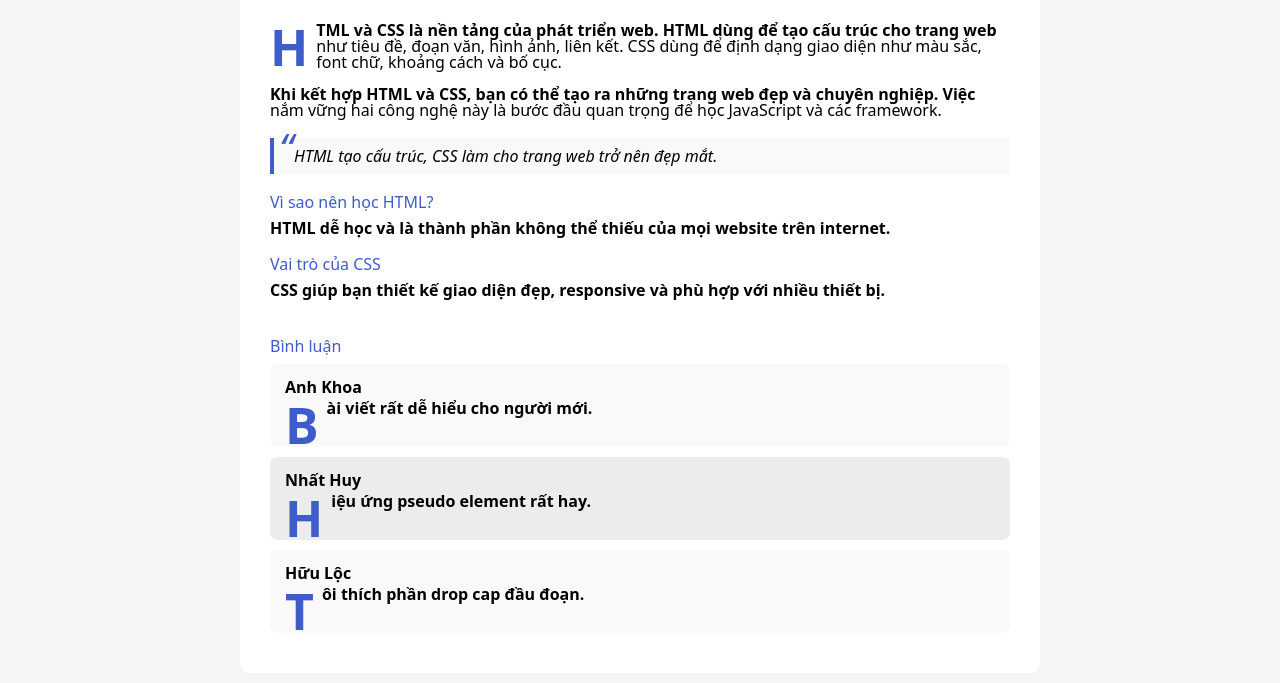
Repository: doanhieu0707/Homework-Day-5
Page: blog-post.html
These files come from the project's save history. The page is drawn as it stood at one moment and after the next save; the edit follows.
The browser window is 1280 px wide. The pictures show the part of the page from y = 408 to 1091 px (the page is 1091 px tall).

Above is the page before, as saved 2026-04-02 15:12:29.

### blog-post.html
<!doctype html>
<html lang="en">
    <head>
        <meta charset="UTF-8" />
        <meta name="viewport" content="width=device-width, initial-scale=1.0" />
        <link rel="stylesheet" href="./css/reset.css" />
        <link rel="stylesheet" href="./css/style.css" />
        <title>Blog</title>
    </head>
    <body>
        <div class="blog">
            <h1>Tìm hiểu HTML và CSS cơ bản</h1>

            <img src="https://picsum.photos/800/400" alt="HTML CSS" />

            <p>
                HTML và CSS là nền tảng của phát triển web. HTML dùng để tạo cấu
                trúc cho trang web như tiêu đề, đoạn văn, hình ảnh, liên kết.
                CSS dùng để định dạng giao diện như màu sắc, font chữ, khoảng
                cách và bố cục.
            </p>

            <p>
                Khi kết hợp HTML và CSS, bạn có thể tạo ra những trang web đẹp
                và chuyên nghiệp. Việc nắm vững hai công nghệ này là bước đầu
                quan trọng để học JavaScript và các framework.
            </p>

            <blockquote>
                HTML tạo cấu trúc, CSS làm cho trang web trở nên đẹp mắt.
            </blockquote>

            <h2>Vì sao nên học HTML?</h2>

            <p>
                HTML dễ học và là thành phần không thể thiếu của mọi website
                trên internet.
            </p>

            <h3>Vai trò của CSS</h3>

            <p>
                CSS giúp bạn thiết kế giao diện đẹp, responsive và phù hợp với
                nhiều thiết bị.
            </p>

            <div class="comments">
                <h2>Bình luận</h2>

                <div class="comment">
                    <div class="comment-author">Anh Khoa</div>
                    <p>Bài viết rất dễ hiểu cho người mới.</p>
                </div>

                <div class="comment">
                    <div class="comment-author">Nhất Huy</div>
                    <p>Hiệu ứng pseudo element rất hay.</p>
                </div>

                <div class="comment">
                    <div class="comment-author">Hữu Lộc</div>
                    <p>Tôi thích phần drop cap đầu đoạn.</p>
                </div>
            </div>
        </div>
    </body>
</html>

### css/style.css
* {
    box-sizing: border-box;
}

body {
    background-color: gray;
    font-family:
        system-ui,
        -apple-system,
        BlinkMacSystemFont,
        "Segoe UI",
        Roboto,
        Oxygen,
        Ubuntu,
        Cantarell,
        "Fira Sans",
        "Droid Sans",
        "Helvetica Neue",
        sans-serif;
}

/* ===== Menu ===== */
.menu {
    display: flex;
    align-items: center;
    justify-content: center;
    padding: 0 45px;
    font-size: 0;
    background-color: #3e5cca;
}

.menu li {
    display: inline-block;
    position: relative;
}

.menu li::before {
    content: "";
    position: absolute;
    left: 0;
    top: 0;
    width: 1px;
    height: 100%;
    background-color: #2d4db7;
}

.menu li:first-child::before {
    display: none;
}

.menu li a {
    display: inline-block;
    color: white;
    font-size: 16px;
    padding: 21px;
    text-decoration: none;
}

.menu li a::before {
    content: "\25B6";
    margin-right: 6px;
    font-size: 10px;
}

.menu li:hover > a {
    background-color: pink;
    color: #3e5cca;
}

.menu li a:focus,
.menu li a:target {
    background-color: blueviolet;
    color: red;
}

/* ===== Form ===== */
.form {
    max-width: 400px;
    padding: 25px;
    margin: 10px auto;
    border-radius: 20px;
    background-color: #fff;
}

.form-heading {
    margin-bottom: 32px;
    text-align: center;
    font-size: 24px;
    font-weight: bold;
    color: red;
}

.form-label {
    display: block;
    margin: 12px 0 4px;
    font-weight: 600;
    font-size: 12px;
}

.form-label::after {
    content: " *";
    color: red;
}

.form-input {
    width: 100%;
    padding: 6px 8px;
    border: 1px solid gray;
    border-radius: 5px;
    outline: none;
}

.form-input:focus {
    border-color: blueviolet;
}

.form-input:invalid {
    border-color: red;
}

.avatar {
    width: 100px;
    height: 100px;
    cursor: pointer;
    border-radius: 50%;
}

.form-options label {
    display: block;
}

.form-footer {
    display: flex;
    margin-top: 28px;
    justify-content: space-between;
}

.btn {
    display: inline-block;
    padding: 6px 16px;
    border-radius: 5px;
    min-width: 100px;
    text-align: center;
    border: none;
    background: rgb(87, 142, 230);
    color: white;
    cursor: pointer;
}

.btn:hover {
    background: #3e5cca;
}

.btn:active {
    transform: scale(0.95);
}

/* =====  */
body {
    background: #f5f5f5;
    padding: 10px;
}

/* container */
.pricing {
    display: flex;
    justify-content: center;
    gap: 30px;
}

/* card */
.pricing-item {
    width: 260px;
    padding: 30px 20px;
    border-radius: 20px;
    background: linear-gradient(135deg,#3f2bff,#5f5bff);
    color: white;
    text-align: center;
    transition: 0.3s;
}

.pricing-item:hover {
    transform: translateY(-10px);
    box-shadow: 0 15px 30px rgba(0,0,0,0.2);
}

.pricing-item:nth-child(2) {
    transform: scale(1.05);
    box-shadow: 0 15px 30px rgba(0,0,0,0.3);
}

.pricing-title {
    font-size: 18px;
    margin-bottom: 10px;
}

.pricing-price {
    font-size: 32px;
    font-weight: bold;
    margin-bottom: 20px;
}

.pricing-list {
    list-style: none;
    text-align: left;
    margin-bottom: 20px;
}

.pricing-list li {
    margin: 10px 0;
    padding-left: 20px;
    position: relative;
}

.pricing-list li::before {
    content: "✓";
    position: absolute;
    left: 0;
    color: #fff;
}

.btn {
    padding: 10px 20px;
    border-radius: 8px;
    border: none;
    background: #fff;
    color: #333;
    cursor: pointer;
}

.btn:hover {
    background: #eee;
}

/* ===== Blog ===== */

/* container */
.blog{
    max-width:800px;
    margin:0 auto;
    background:white;
    padding:30px;
    border-radius:10px;
}

/* heading (reset.css xoá margin nên phải set lại) */
.blog h1{
    font-size:28px;
    margin-bottom:20px;
}

.blog h2,
.blog h3{
    margin:20px 0 10px;
}

/* :not() tất cả heading trừ h1 */
.blog h2:not(h1),
.blog h3:not(h1){
    color:#3e5cca;
}

/* ảnh */
.blog img{
    width:100%;
    height:300px;
    object-fit:cover;
    border-radius:8px;
    margin:20px 0;
}

/* paragraph */
.blog p{
    margin-bottom:16px;
}

/* drop cap */
.blog p:first-of-type::first-letter{
    font-size:50px;
    font-weight:bold;
    float:left;
    margin-right:8px;
    line-height:1;
    color:#3e5cca;
}

/* first line */
.blog p::first-line{
    font-weight:bold;
}

/* selection */
::selection{
    background:#3e5cca;
    color:white;
}

/* blockquote */
blockquote{
    margin:20px 0;
    padding:10px 20px;
    border-left:4px solid #3e5cca;
    font-style:italic;
    position:relative;
    background:#f9f9f9;
}

blockquote::before{
    content:"“";
    font-size:40px;
    position:absolute;
    left:5px;
    top:-10px;
    color:#3e5cca;
}

/* comments */
.comments{
    margin-top:40px;
}

.comment{
    padding:15px;
    margin:10px 0;
    border-radius:8px;
    transition:0.3s;
}

/* nth-of-type */
.comment:nth-of-type(odd){
    background:#f9f9f9;
}

.comment:nth-of-type(even){
    background:#ececec;
}

/* hover */
.comment:hover{
    background:#e3e9ff;
    transform:translateX(5px);
}

.comment-author{
    font-weight:bold;
    margin-bottom:5px;
}

Loaded but not shown: css/reset.css (common file)

After the next save:
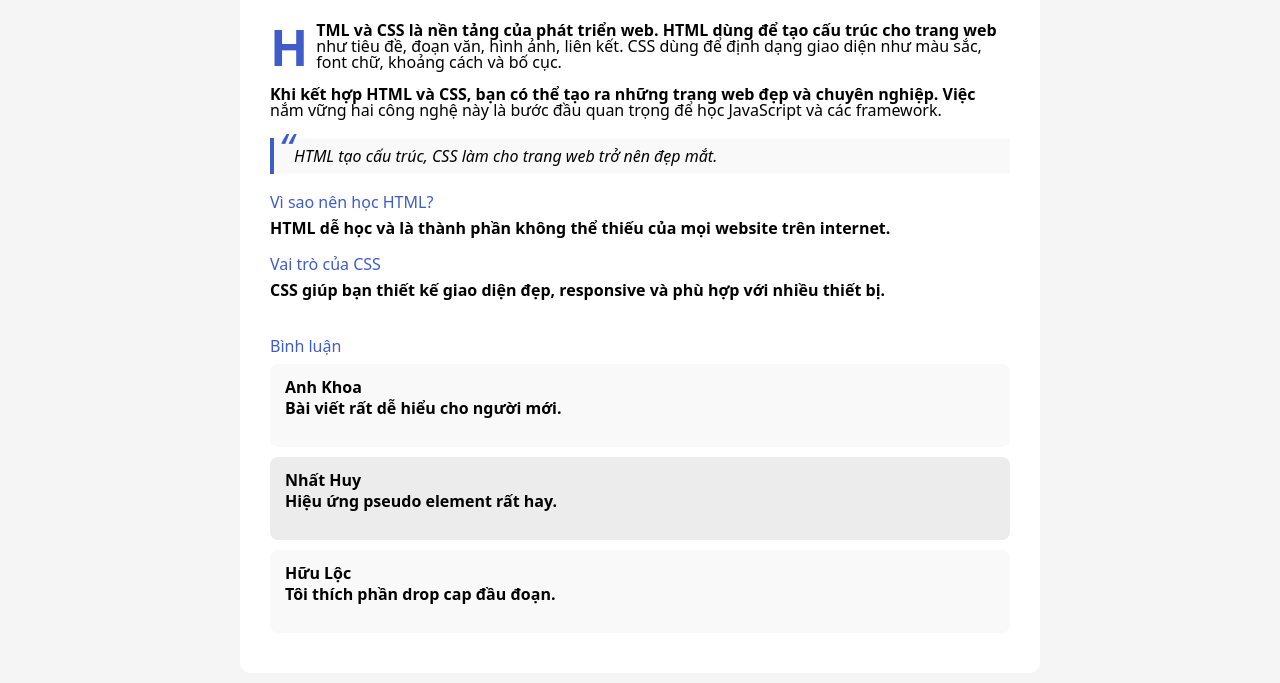
Saved 90 s later.
--- a/css/style.css
+++ b/css/style.css
@@ -275,7 +275,7 @@ body {
 }
 
 /* drop cap */
-.blog p:first-of-type::first-letter{
+.blog > p:first-of-type::first-letter{
     font-size:50px;
     font-weight:bold;
     float:left;
